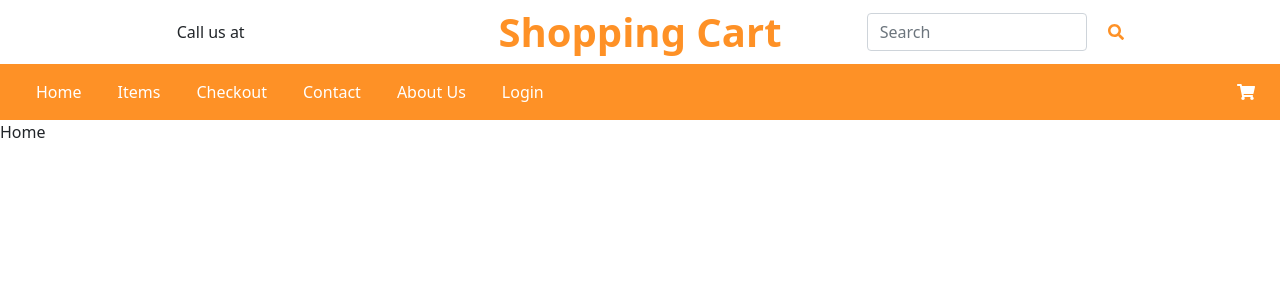
Repository: SaudCh/React-Ecommerce
Page: /
These files come from the project's save history. The page is drawn as it stood at one moment and after the next save; the edit follows.
The browser window is 1280 px wide. The page is 1284 px wide, so the pictures cover 1284 px, including what lies to the right of the window. The pictures show the whole page.
The project was rebuilt for these pictures with package versions that can differ from the ones it lists, and the page was loaded fresh each time. Also part of the build but not shown: src/App.css.

Above is the page before, as saved 2021-12-05 12:43:54.

After the next save:
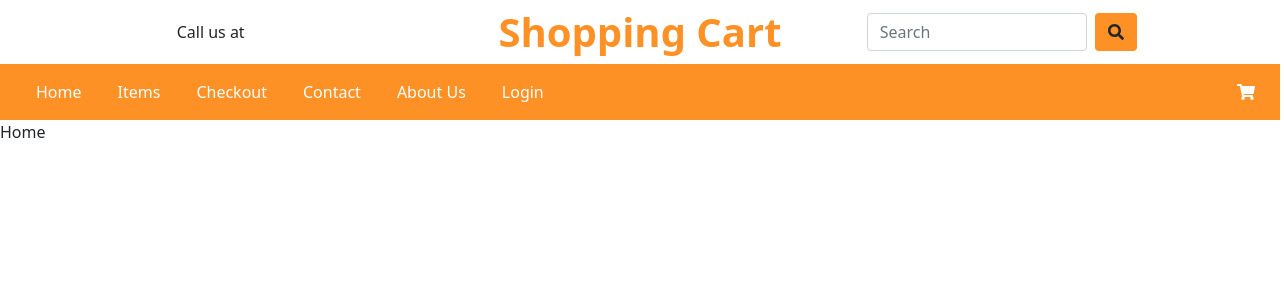
Saved 11 s later.
--- a/src/Header/Header.jsx
+++ b/src/Header/Header.jsx
@@ -25,7 +25,11 @@ export default function Header() {
                 placeholder="Search"
                 aria-label="Search"
               />
-              <button class="btn" style={{ color: "#fe9126" }} type="submit">
+              <button
+                class="btn"
+                style={{ backgroundColor: "#fe9126" }}
+                type="submit"
+              >
                 <FontAwesomeIcon icon={faSearch} />
               </button>
             </form>
